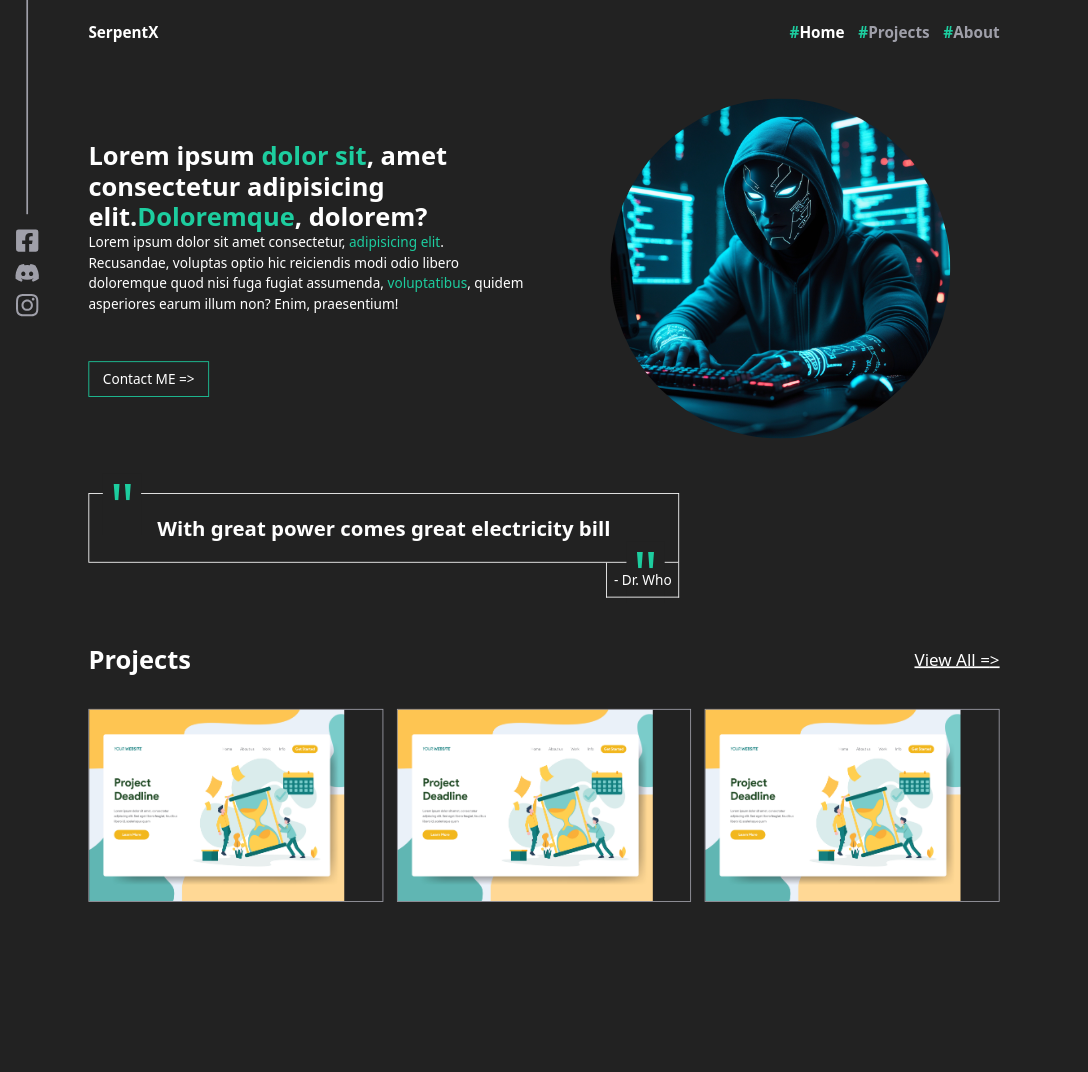
Repository: SERPENTX03/Portfolio-Tutorial
Page: /
These files come from the project's save history. The page is drawn as it stood at one moment and after the next save; the edit follows.
The browser window is 1280 px wide. The pictures show the whole page, at 85% of full size.
The project was rebuilt for these pictures with package versions that can differ from the ones it lists, and the page was loaded fresh each time. The framework's server and built-in components were replaced by stand-ins that run in the browser. Also part of the build but not shown: next.config.ts.

Above is the page before, as saved 2025-04-19 21:17:50.

After the next save:
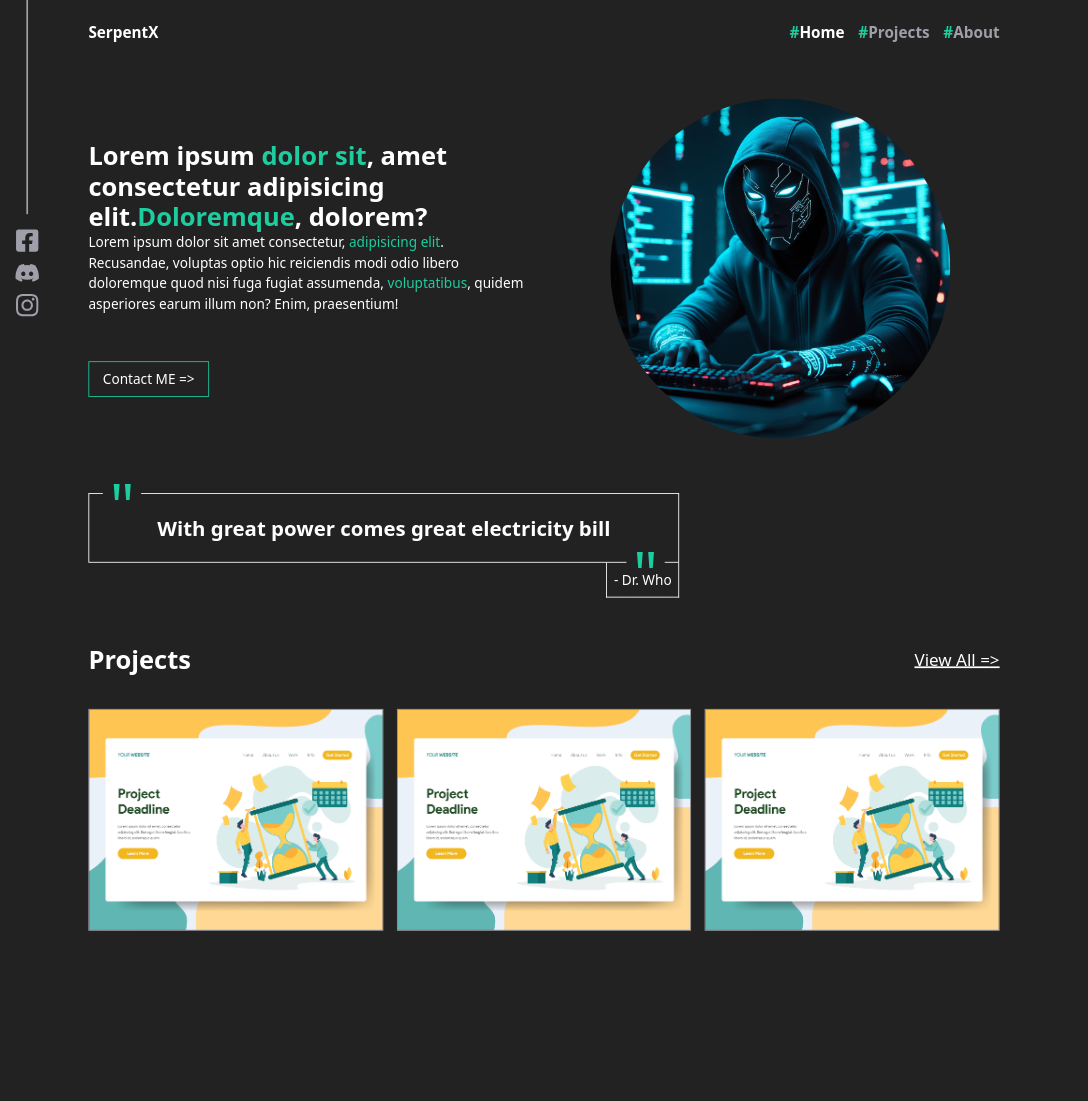
Saved 13 s later.
--- a/components/Projects.tsx
+++ b/components/Projects.tsx
@@ -19,6 +19,7 @@ const Projects = () => {
               alt={project.title}
               width={300}
               height={300}
+              className="w-full h-full object-cover"
             />
           </div>
         ))}
